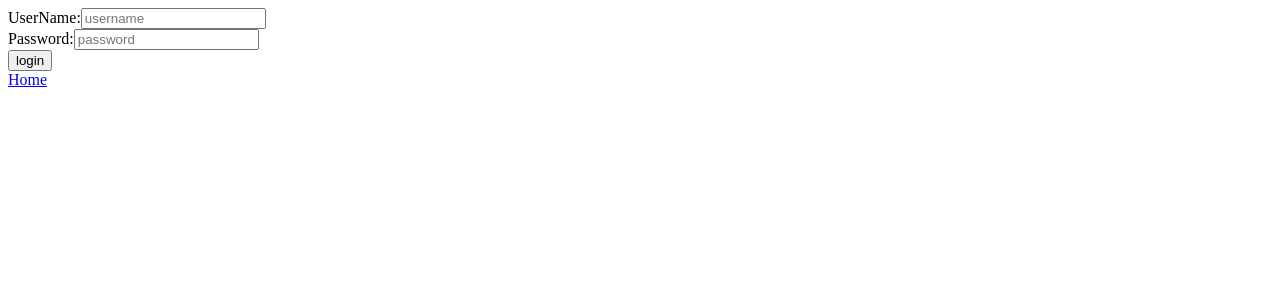
Repository: anil1581994/SpringBasicProgram
Page: http://localhost/MvcLoginRegistration/login.jsp
The author's editor kept a copy of each file at every save. The page is drawn from the files as they stood at one save, then again after the next save.
The browser window is 1280 px wide. The pictures show the whole page.
The page is served by Tomcat 9.

Above is the page before, as saved 2018-02-15 04:57:18.

After the next save:
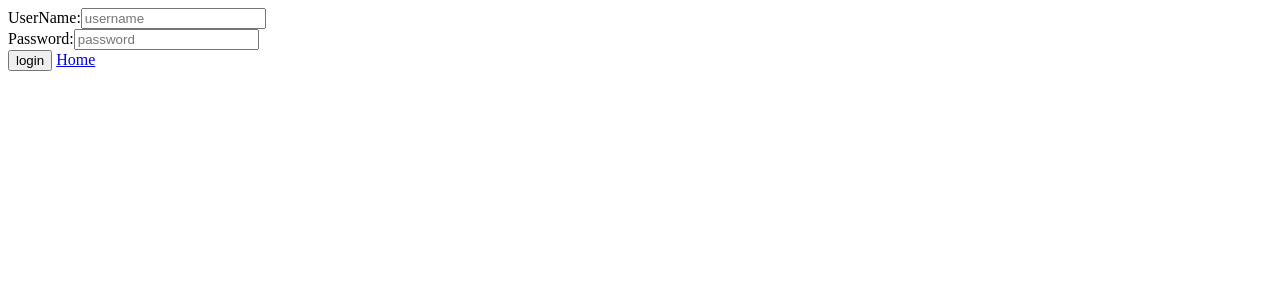
Saved 9 min 32 s later.
--- a/MvcLoginRegistration/src/main/webapp/login.jsp
+++ b/MvcLoginRegistration/src/main/webapp/login.jsp
@@ -7,11 +7,11 @@
 <title>login</title>
 </head>
 <body>
-<form action="loginProcess" method="post" modelAttribute="login" id="loginForm">
+<form:form action="loginProcess" method="post" modelAttribute="login" id="loginForm">
 UserName:<input type="text" placeholder="username" name="username"/><br>
 Password:<input type="text" placeholder="password" name="password"/><br>
 <input type="submit" value="login">
-</form>
+</form:form>
 <a href="home.jsp">Home</a>
 </body>
 </html>
